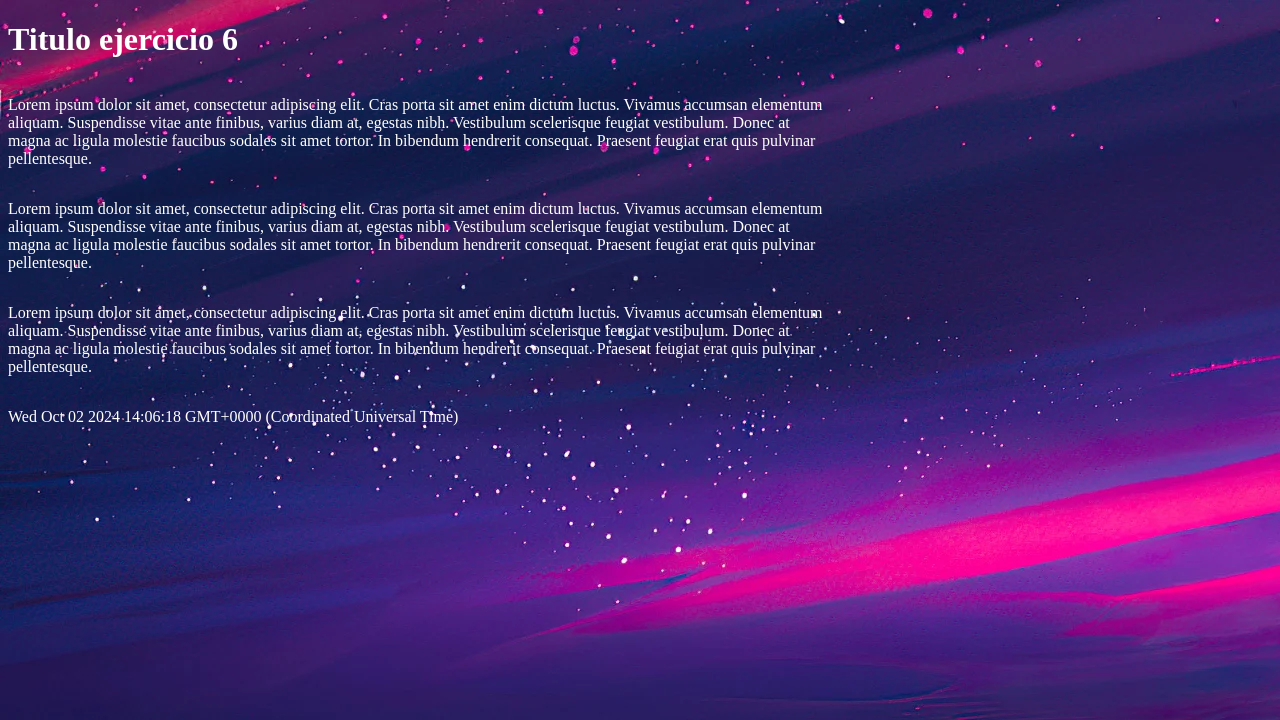
Repository: demoniers/clase
Page: lenguajes/html/ejercicio6/src/index.html
These files come from the project's save history. The page is drawn as it stood at one moment and after the next save; the edit follows.
The browser window is 1280 px wide. The pictures show the whole page.

Above is the page before, as saved 2024-10-08 13:09:23.

After the next save:
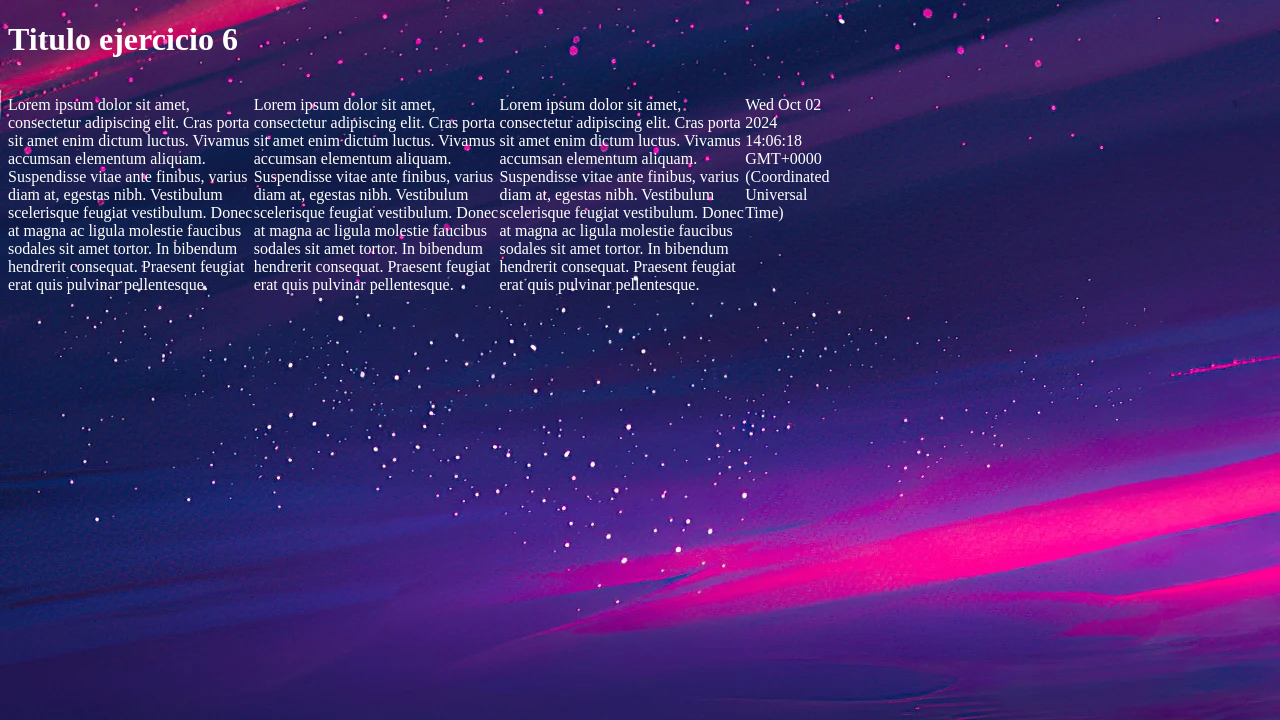
Saved 13 s later.
--- a/lenguajes/html/ejercicio6/style/style.css
+++ b/lenguajes/html/ejercicio6/style/style.css
@@ -10,5 +10,5 @@
         #container {
             width: 65%;
             display: flex;
-            flex-flow: column;
+            align-items: cneter;
         }
